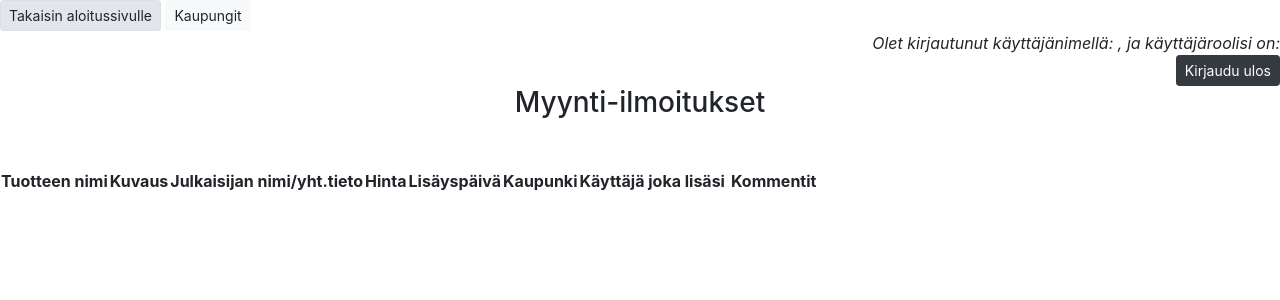
Repository: LiljestromNadja/Backend_s2023_harjoitustyo
Page: http://localhost/articlelist
The author's editor kept a copy of each file at every save. The page is drawn from the files as they stood at one save, then again after the next save.
The browser window is 1280 px wide. The pictures show the whole page.
The page is this project's Thymeleaf template; nobody is signed in. The template is opened directly, without the code that normally fills it, so the values that code supplies are empty.

Above is the page before, as saved 2023-11-10 15:27:05.

After the next save:
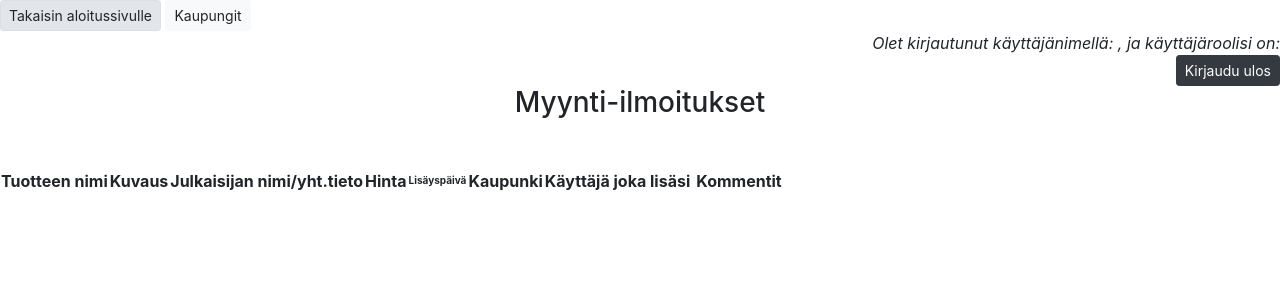
Saved 11 s later.
--- a/harkkas23v01/src/main/resources/templates/articlelist.html
+++ b/harkkas23v01/src/main/resources/templates/articlelist.html
@@ -34,7 +34,7 @@
 		<th>Kuvaus</th>
 		<th>Julkaisijan nimi/yht.tieto</th>
 		<th>Hinta</th>
-		<th style="font-size: 10">Lisäyspäivä</th>
+		<th style="font-size: 10px">Lisäyspäivä</th>
 		<th>Kaupunki</th>
 		<th>Käyttäjä joka lisäsi</th>
 <!-- 	<th>Käyttäjän id</th> -->

After the save that followed:
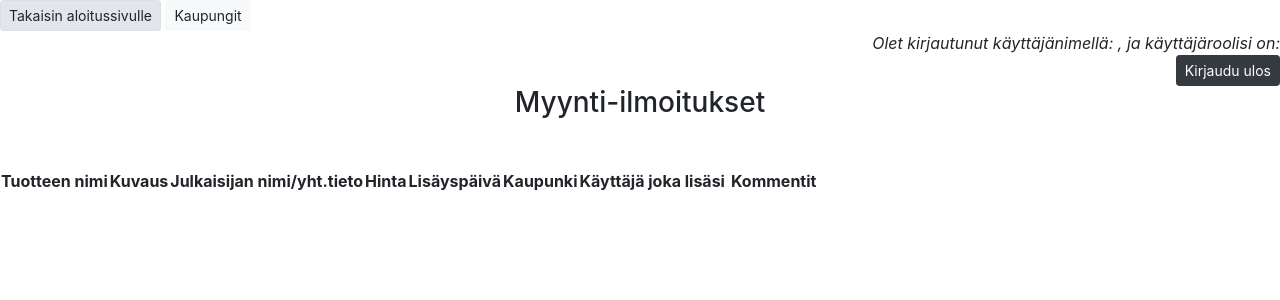
Saved 15 s later.
--- a/harkkas23v01/src/main/resources/templates/articlelist.html
+++ b/harkkas23v01/src/main/resources/templates/articlelist.html
@@ -34,7 +34,7 @@
 		<th>Kuvaus</th>
 		<th>Julkaisijan nimi/yht.tieto</th>
 		<th>Hinta</th>
-		<th style="font-size: 10px">Lisäyspäivä</th>
+		<th>Lisäyspäivä</th>
 		<th>Kaupunki</th>
 		<th>Käyttäjä joka lisäsi</th>
 <!-- 	<th>Käyttäjän id</th> -->
